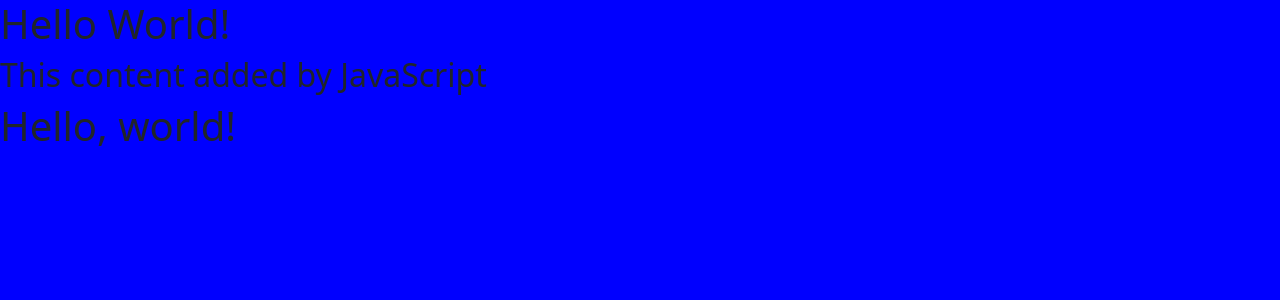
Repository: annferracane/phase-0-personal-website
Page: index.html
The author's editor kept a copy of each file at every save. The page is drawn from the files as they stood at one save, then again after the next save.
The browser window is 1280 px wide. The pictures show the whole page.

Above is the page before, as saved 2022-11-13 15:14:54.

After the next save:
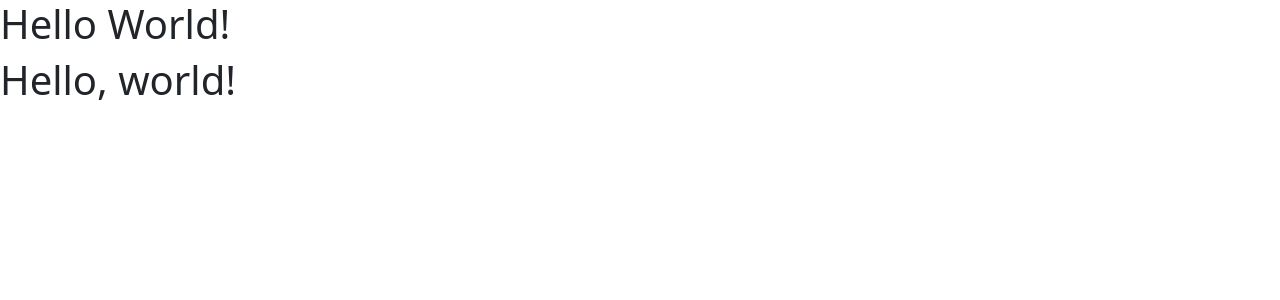
Saved 20 s later.
--- a/index.html
+++ b/index.html
@@ -5,12 +5,12 @@
         <meta charset="utf-8">
         <meta name="viewport" content="width=device-width, initial-scale=1">
         <link href="https://cdn.jsdelivr.net/npm/bootstrap@5.2.2/dist/css/bootstrap.min.css" rel="stylesheet" integrity="sha384-Zenh87qX5JnK2Jl0vWa8Ck2rdkQ2Bzep5IDxbcnCeuOxjzrPF/et3URy9Bv1WTRi" crossorigin="anonymous">
-        <link rel="stylesheet" href="./style.css" />
+        <!--<link rel="stylesheet" href="./style.css" />-->
         <title>Ann Sample Personal Website</title>
     </head>
     <body>
         <h1>Hello World!</h1>
-        <script src="script.js"></script>
+        <!--<script src="script.js"></script>-->
     </body>
 </html>
 
